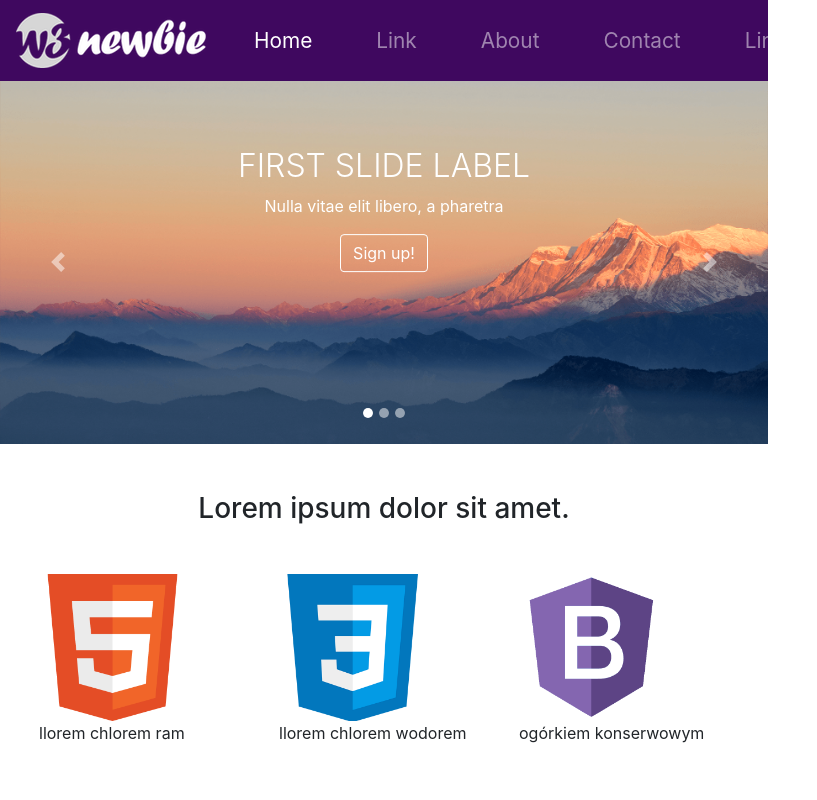
Repository: Mietlicha/bootstrap-project
Page: Bootstrap Website Files/index.html
The author's editor kept a copy of each file at every save. The page is drawn from the files as they stood at one save, then again after the next save.
The browser window is 768 px wide. The page is 817 px wide, so the pictures cover 817 px, including what lies to the right of the window. The pictures show the whole page.

Above is the page before, as saved 2019-10-28 23:50:21.

### Bootstrap Website Files/index.html
<!DOCTYPE html>
<html lang="en">

<head>
  <title>Bootstrap Website Tutorial</title>
  <meta charset="utf-8">
  <meta name="viewport" content="width=device-width, initial-scale=1">
  <link rel="stylesheet" href="https://stackpath.bootstrapcdn.com/bootstrap/4.3.1/css/bootstrap.min.css"
    integrity="sha384-ggOyR0iXCbMQv3Xipma34MD+dH/1fQ784/j6cY/iJTQUOhcWr7x9JvoRxT2MZw1T" crossorigin="anonymous">
  <link rel="stylesheet" href="https://cdnjs.cloudflare.com/ajax/libs/font-awesome/4.7.0/css/font-awesome.min.css">
  <link rel="stylesheet" href="..//style.css">
</head>

<body>
  <!--Navbar--------------------------------------------------------------------------------------------------->
  <nav class="navbar navbar-expand-md navbar-dark bg-violet">
    <a class="navbar-brand" href="#"><img src="img/w3newbie.png" alt="logo"></a>
    <button class="navbar-toggler" type="button" data-toggle="collapse" data-target="#navbarSupportedContent"
      aria-controls="navbarSupportedContent" aria-expanded="false" aria-label="Toggle navigation">
      <span class="navbar-toggler-icon"></span>
    </button>

    <div class="collapse navbar-collapse" id="navbarSupportedContent">
      <ul class="navbar-nav ml-auto">
        <li class="nav-item active">
          <a class="nav-link" href="#">Home <span class="sr-only">(current)</span></a>
        </li>
        <li class="nav-item">
          <a class="nav-link" href="#">Link</a>
        </li>
        <li class="nav-item">
          <a class="nav-link" href="#">About</a>
        </li>
        <li class="nav-item">
          <a class="nav-link" href="#">Contact</a>
        </li>
        <li class="nav-item">
          <a class="nav-link" href="#">Link</a>
        </li>
      </ul>
    </div>
  </nav>

  <!--Slider-------------------------------------------------------------------------------------------------->
  <section>
    <div id="carouselExampleIndicators" class="carousel slide" data-interval="false" data-ride="carousel">
      <ol class="carousel-indicators">
        <li data-target="#carouselExampleIndicators" data-slide-to="0" class="active"></li>
        <li data-target="#carouselExampleIndicators" data-slide-to="1"></li>
        <li data-target="#carouselExampleIndicators" data-slide-to="2"></li>
      </ol>
      <div class="carousel-inner">
        <div class="carousel-item active">
          <img src="img/mountains.png" class="d-block w-100 position-carusel-caption" alt="mountains">
          <div class="carousel-caption">
            <h1 class="display-4 text-uppercase">First slide label</h1>
            <p>Nulla vitae elit libero, a pharetra</p>
            <button type="button" class="btn btn-outline-primary mb-5">Sign up!</button>
          </div>
        </div>
        <div class="carousel-item">
          <img src="img/red.png" class="d-block w-100" alt="dusk at mountains">
        </div>
        <div class="carousel-item">
          <img src="img/snow.png" class="d-block w-100" alt="snowy mountains">
        </div>
      </div>
      <a class="carousel-control-prev" href="#carouselExampleIndicators" role="button" data-slide="prev">
        <span class="carousel-control-prev-icon" aria-hidden="true"></span>
        <span class="sr-only">Previous</span>
      </a>
      <a class="carousel-control-next" href="#carouselExampleIndicators" role="button" data-slide="next">
        <span class="carousel-control-next-icon" aria-hidden="true"></span>
        <span class="sr-only">Next</span>
      </a>
    </div>
  </section>

  <!--content--------------------------------------------------------------------------------------------------->
  <section>
      <header class="text-center my-3 my-md-5"><h3>Lorem ipsum dolor sit amet.</h3></header>
    <div class="main-container container">
        <div class="row">
          <figure class="col-12 col-md-4">
            <a href="#"><img src="img/html5.png" class="img-fluid" alt="html5"></a>
            <figcaption >llorem chlorem ram</figcaption>
          </figure>
          <figure class="col-12 col-md-4">
            <a href="#"><img src="img/css3.png" class="img-fluid" alt="css3"></a>
            <figcaption>llorem chlorem wodorem</figcaption>
          </figure>
          <figure class="col-12 col-md-4">
            <a href="#"><img src="img/bootstrap.png" class="img-fluid" alt="bootstrap"></a>
            <figcaption>ogórkiem konserwowym</figcaption>
          </figure>
        </div>
    </div>
  </section>

  <script src="https://code.jquery.com/jquery-3.3.1.slim.min.js"
    integrity="sha384-q8i/X+965DzO0rT7abK41JStQIAqVgRVzpbzo5smXKp4YfRvH+8abtTE1Pi6jizo"
    crossorigin="anonymous"></script>
  <script src="https://cdnjs.cloudflare.com/ajax/libs/popper.js/1.14.7/umd/popper.min.js"
    integrity="sha384-UO2eT0CpHqdSJQ6hJty5KVphtPhzWj9WO1clHTMGa3JDZwrnQq4sF86dIHNDz0W1"
    crossorigin="anonymous"></script>
  <script src="https://stackpath.bootstrapcdn.com/bootstrap/4.3.1/js/bootstrap.min.js"
    integrity="sha384-JjSmVgyd0p3pXB1rRibZUAYoIIy6OrQ6VrjIEaFf/nJGzIxFDsf4x0xIM+B07jRM"
    crossorigin="anonymous"></script>
</body>

</html>

### style.css
*{
    box-sizing: border-box;
}

body{
    margin: 0;
    padding: 0;
}

/*Navbar*/
.bg-violet{
    background-color: rgb(63, 8, 95);
}

.nav-item{
    padding: 0 1.5rem;
    font-size: 1.3rem;
}

.navbar-dark .navbar-nav .nav-link:hover {
    color: rgb(255,255,255);
}

/*Slider*/

.carousel-item{
    width: 100%;
    height: auto;
}
.carousel-indicators > li {
    width: 10px;
    height: 10px;
    border-radius: 50%;
  }

  /*wyśrodkowanie DIVA translateY!!!!!*/
  .carousel-caption{
    position: absolute;
    top: 50%;
    transform: translateY(-50%);
}

.btn-outline-primary{
    border-color: #fff;
    color: #fff;
}

.btn-outline-primary:focus{
    border: none;
}

/*content*/
/* .main-container{
    display: flex;
    flex-wrap: wrap;
    justify-content: center;
}

.main-container figure{
    flex-grow: 1;
    text-align: center;
    max-width: 30%;
    min-width: 150px;
}

.main-container img{
    max-width: 100%;
    height: auto;
} */

@media(max-width:768px){
    .carousel-caption{
        top: 40%;
        transform: translateY(-50%);
    }

    .carousel-caption h1{
        font-size: 2rem;
    }

    .container img{
        max-width: 70%;
        height: auto;
        margin: auto;
    }
}

@media(max-width:500px){
    .carousel-caption{
        top: 33%;
        transform: translateY(-50%);
    }

    .carousel-caption h1{
        font-size: 1.7rem;
    }

    .carousel-caption p{
        font-size: 0.7rem;
    }
}

After the next save:
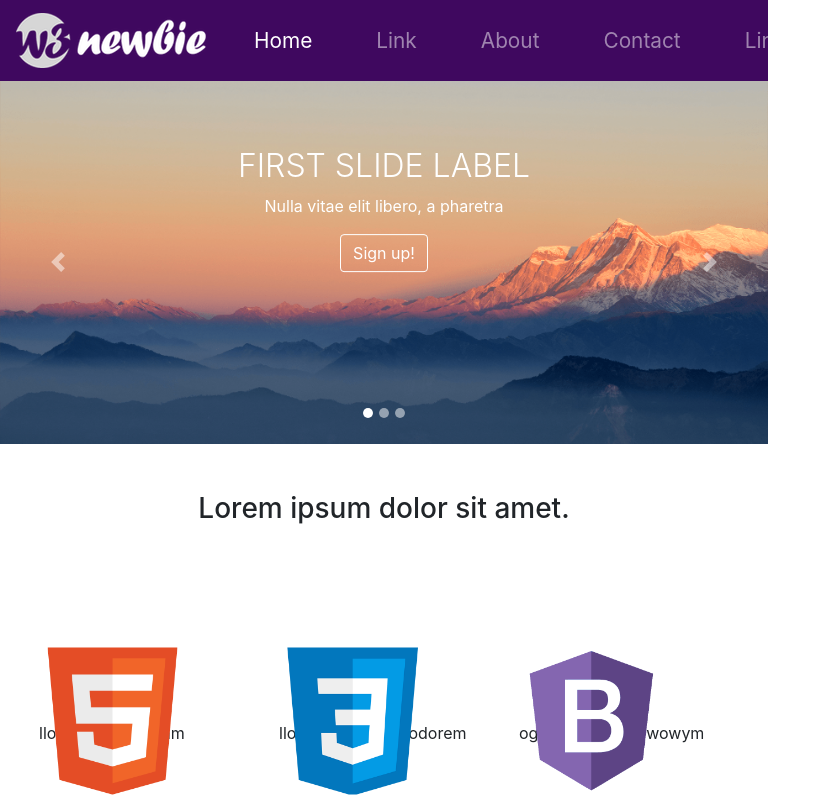
Saved 46 s later.
--- a/style.css
+++ b/style.css
@@ -81,7 +81,8 @@
     .container img{
         max-width: 70%;
         height: auto;
-        margin: auto;
+        position: relative;
+        transform: translateY(50%);
     }
 }
 

After the save that followed:
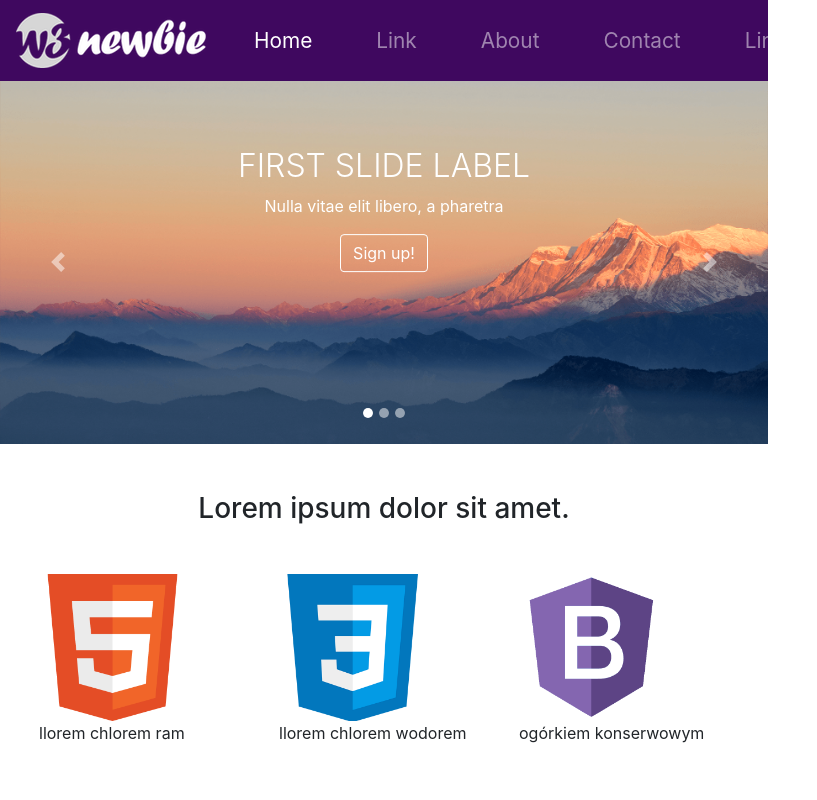
Saved 34 s later.
--- a/style.css
+++ b/style.css
@@ -81,8 +81,6 @@
     .container img{
         max-width: 70%;
         height: auto;
-        position: relative;
-        transform: translateY(50%);
     }
 }
 
